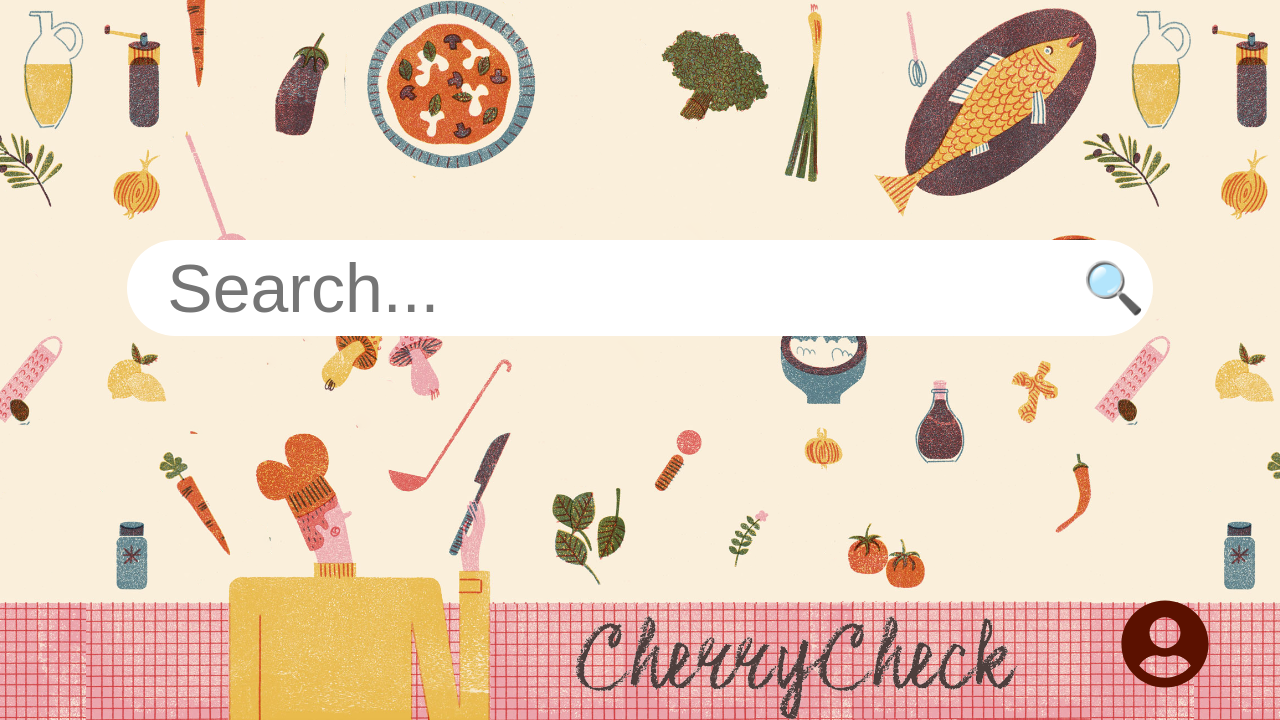
Repository: ChakavakNojavan/CherryCheck
Page: / (app in client/)
The author's editor kept a copy of each file at every save. The page is drawn from the files as they stood at one save, then again after the next save.
The browser window is 1280 px wide. The pictures show the whole page.
The project was rebuilt for these pictures with package versions that can differ from the ones it lists, and the page was loaded fresh each time. Also part of the build but not shown: client/src/components/Loading.js, client/src/components/SingleProduct.js, client/src/components/UserProfile.js. Imported but missing from the stored project, and not drawn on this page: client/src/components/LogoutButton.

Above is the page before, as saved 2023-04-12 12:28:46.

After the next save:
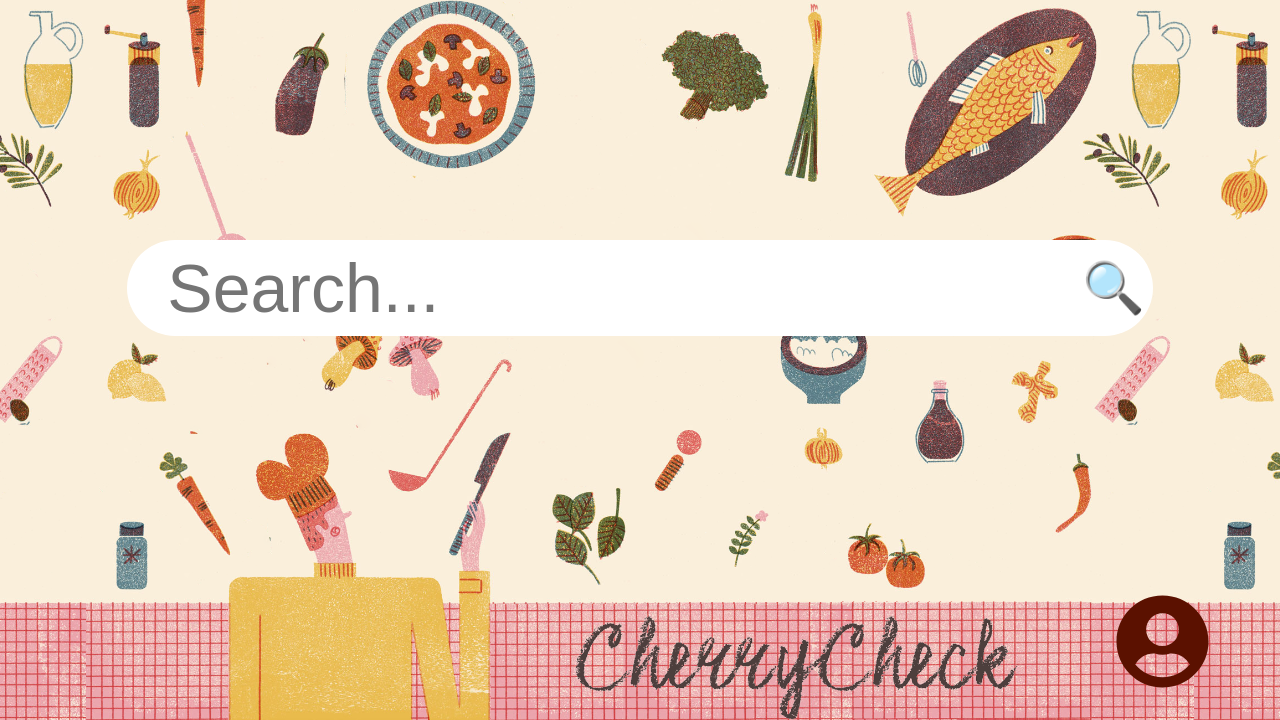
Saved 17 s later.
--- a/client/src/components/LoginButton.js
+++ b/client/src/components/LoginButton.js
@@ -4,7 +4,7 @@ import { FaUserCircle } from "react-icons/fa";
 import styled from "styled-components";
 
 const Icon = styled(FaUserCircle)`
-  font-size: 90px;
+  font-size: 95px;
   color: rgb(91, 17, 0);
   pointer-events: none;
 `;
@@ -13,8 +13,8 @@ const IconContainer = styled.div`
   display: inline-flex;
   align-items: center;
   justify-content: center;
-  width: 90px;
-  height: 90px;
+  width: 95px;
+  height: 95px;
   &:hover {
     cursor: pointer;
   }
